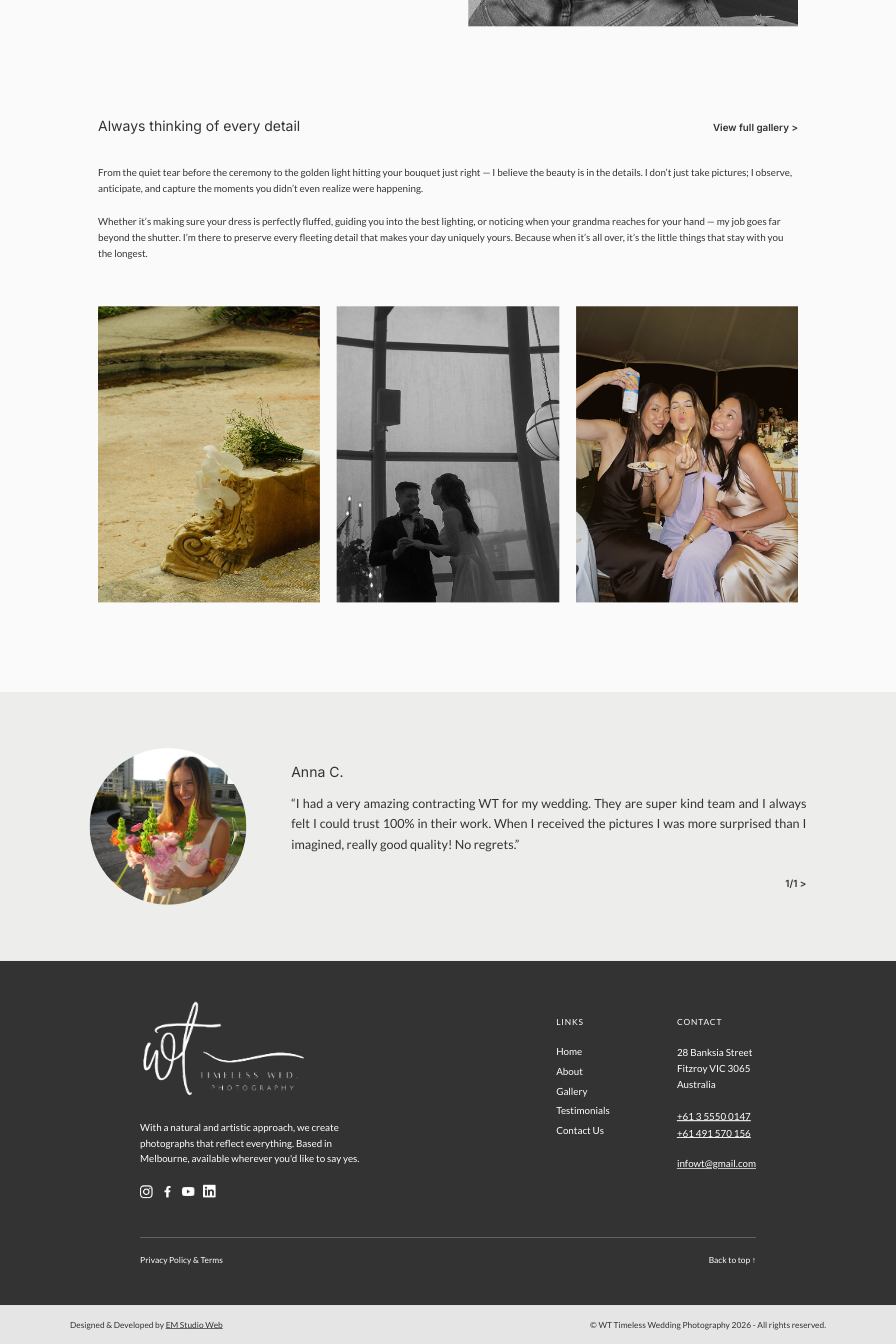
Repository: eduarda-magnago/wt-photography
Page: /
The author's editor kept a copy of each file at every save. The page is drawn from the files as they stood at one save, then again after the next save.
The browser window is 1280 px wide. The pictures show the part of the page from y = 1922 to 3842 px (the page is 3842 px tall), at 70% of full size.
Some web fonts or font styles are not loaded; a fallback is used. The project was rebuilt for these pictures with package versions that can differ from the ones it lists, and the page was loaded fresh each time. The framework's server and built-in components were replaced by stand-ins that run in the browser. Also part of the build but not shown: next.config.ts.

Above is the page before, as saved 2026-10-19 11:30:35.

After the next save:
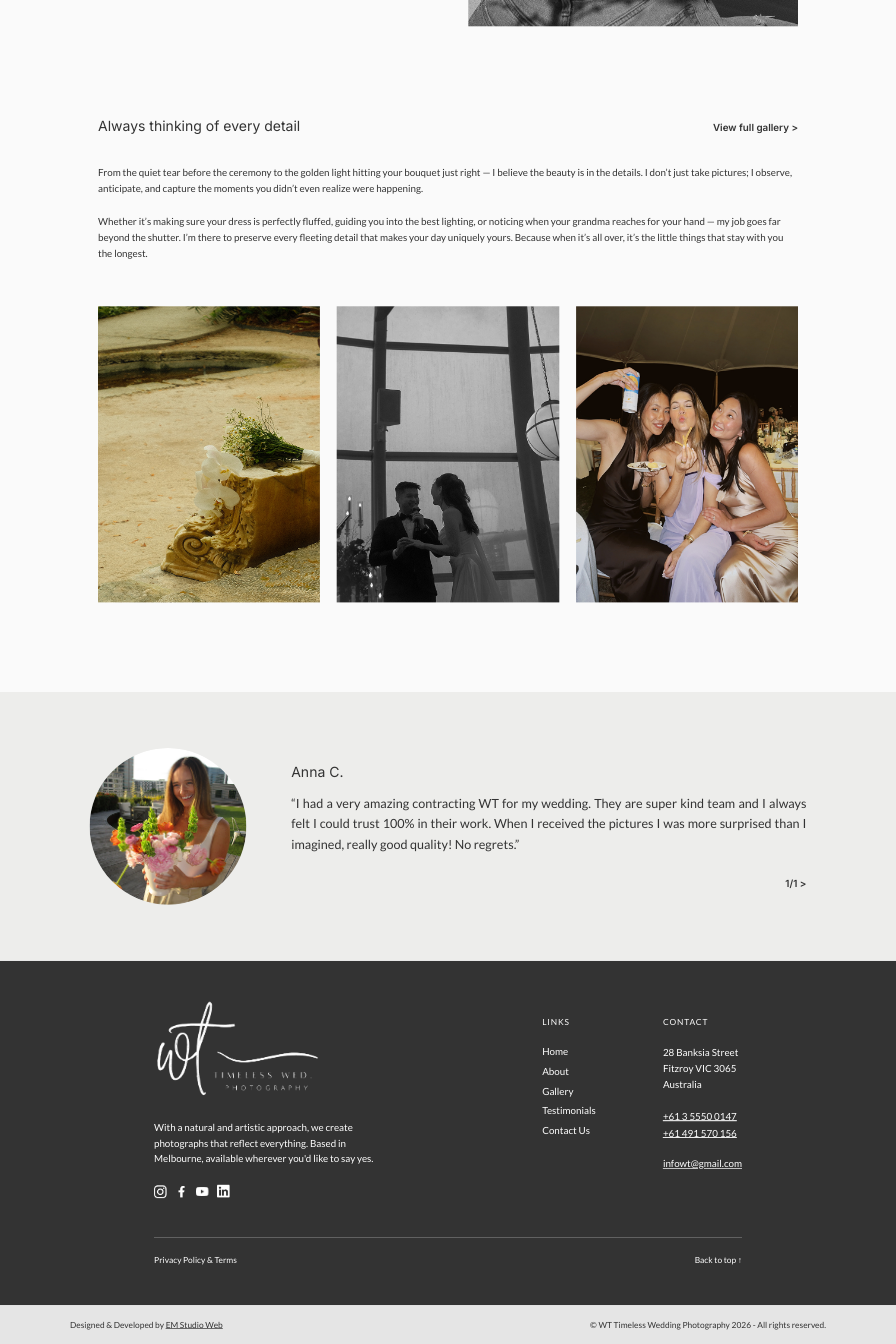
Saved 58 s later.
--- a/components/layout/footer.tsx
+++ b/components/layout/footer.tsx
@@ -14,7 +14,7 @@ const headingClass = "mb-6 text-xs uppercase tracking-widest";
 export default function Footer() {
   return (
     <footer>
-      <div className="bg-ink px-6 py-12 text-sm text-white md:px-50 md:py-14">
+      <div className="bg-ink px-6 py-12 text-sm text-white md:px-55 md:py-14">
         <div className="mx-auto max-w-[1600px]">
           <div className="grid gap-12 md:grid-cols-[1fr_auto_auto] md:gap-24">
             <div>
